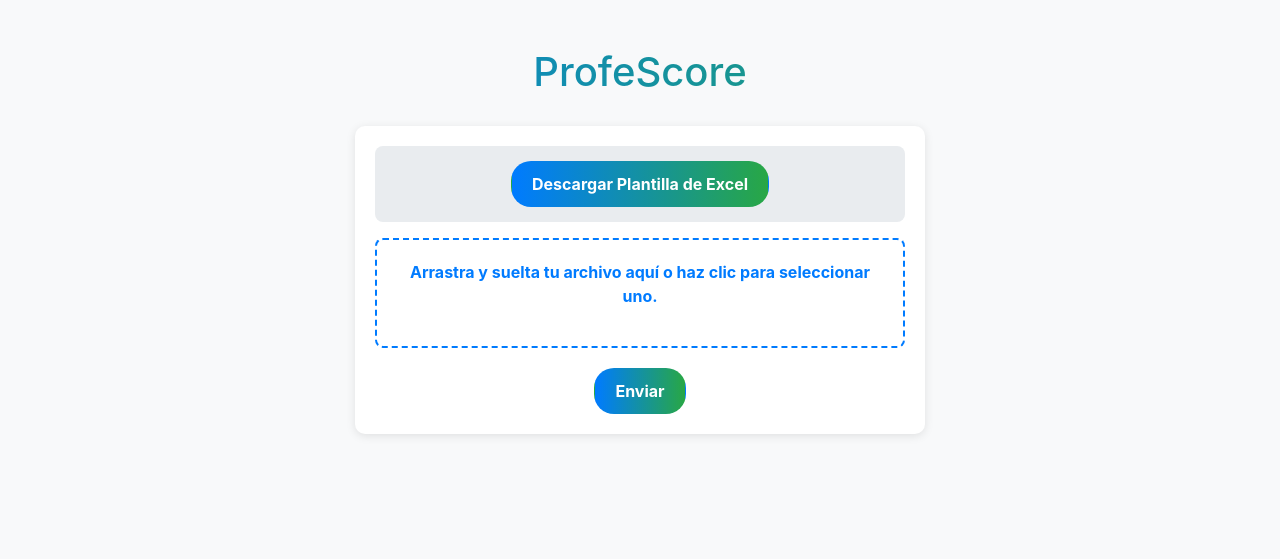
Repository: Sasonyera/ProfeScore
Page: http://localhost/index
The author's editor kept a copy of each file at every save. The page is drawn from the files as they stood at one save, then again after the next save.
The browser window is 1280 px wide. The pictures show the whole page.
The page is this project's Thymeleaf template; nobody is signed in. The template is opened directly, without the code that normally fills it, so the values that code supplies are empty.

Above is the page before, as saved 2024-10-18 16:59:49.

After the next save:
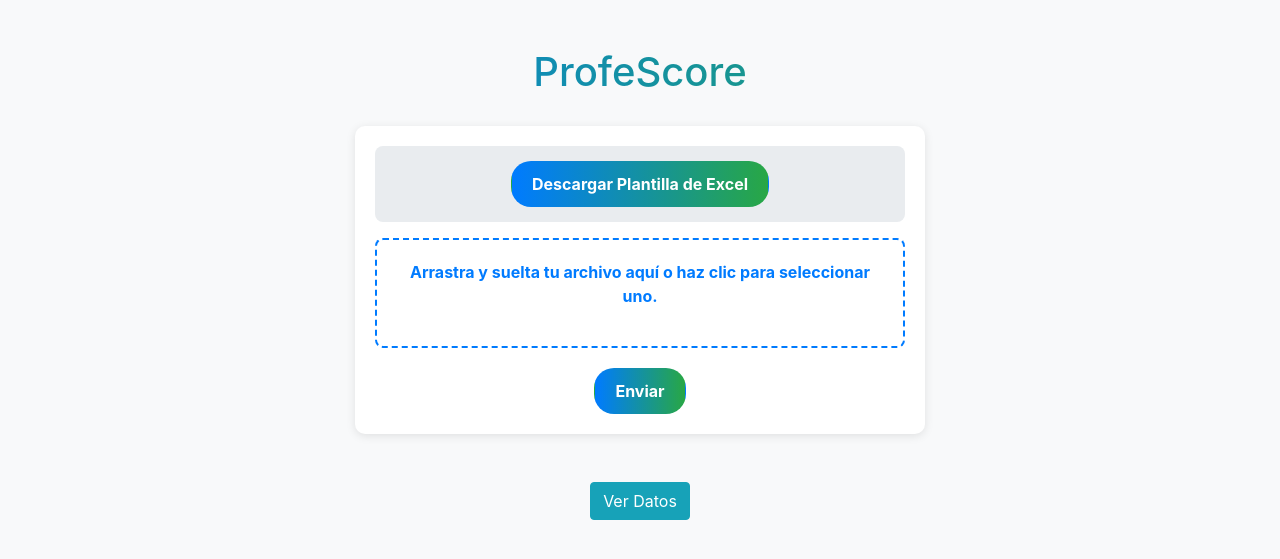
Saved 68 s later.
--- a/profescore/src/main/resources/templates/index.html
+++ b/profescore/src/main/resources/templates/index.html
@@ -110,6 +110,12 @@
         </div>
       </div>
     </div>
+	<div class="container mt-5 mb-5">
+	        <!-- ... -->
+	        <div class="text-center mt-4">
+	            <a href="/ver-datos" class="btn btn-info">Ver Datos</a>
+	        </div>
+	    </div>
 
     <!-- Scripts necesarios -->
     <!-- Versión completa de jQuery -->
